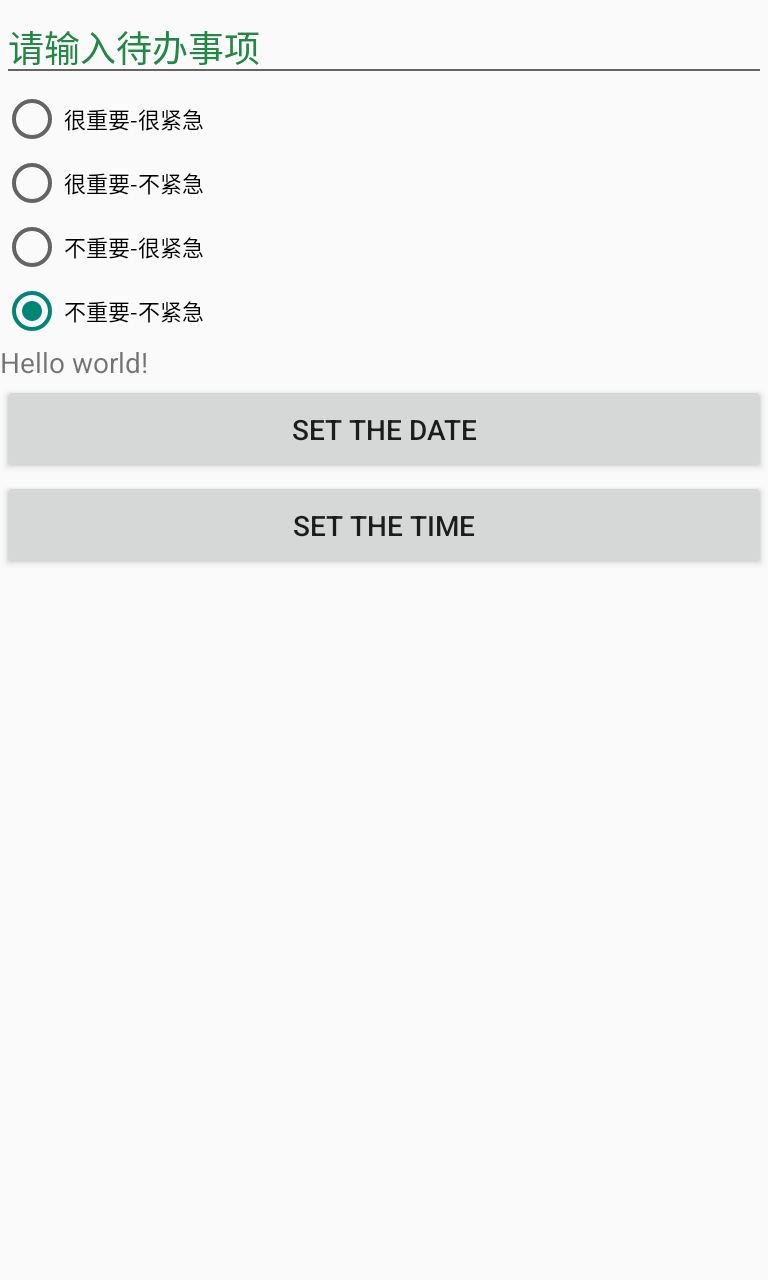
Repository: sh-zh-en/NBTodo
Layout: nbtodo/NBTodo/res/layout/addition_task_layout.xml
The author's editor kept a copy of each file at every save. The layout is drawn from the files as they stood at one save, then again after the next save.
It is drawn on a 768 x 1280 px phone screen (xhdpi) without system bars, with theme AppTheme; the app's code is not run.

Above is the layout before, as saved 2015-02-12 02:59:57.

After the next save:
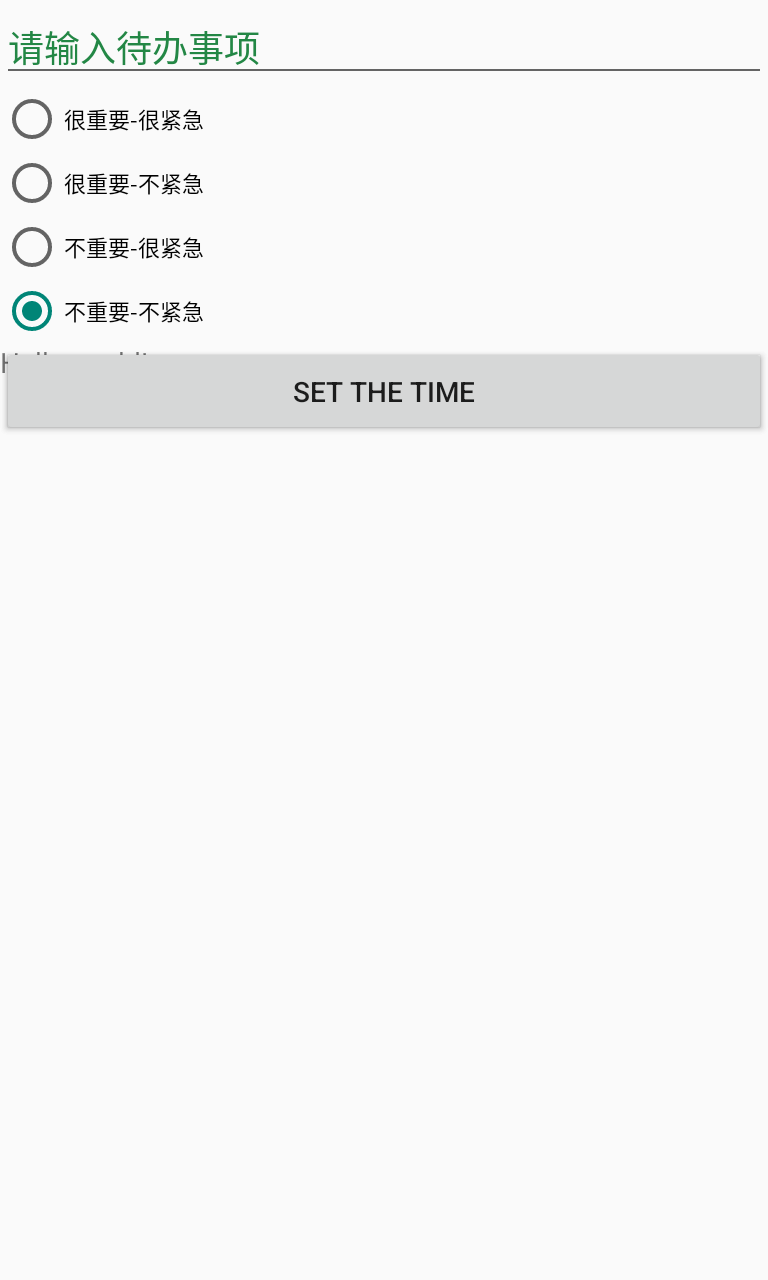
Saved 8 h 59 min later.
--- a/nbtodo/NBTodo/res/layout/addition_task_layout.xml
+++ b/nbtodo/NBTodo/res/layout/addition_task_layout.xml
@@ -63,27 +63,35 @@
             android:textSize="11.0sp" />
 
     </RadioGroup>
-    <TextView
-		android:id="@+id/dateAndTime"
-		android:layout_width="fill_parent"
-	   	android:layout_height="wrap_content"
-	    android:text="@string/hello_world"
-	     />
 
-	<Button
-	    android:id="@+id/setDate"
-	    android:layout_width="fill_parent"
-	    android:layout_height="wrap_content"
-	    android:text="Set the Date" >
+    <FrameLayout
+	    android:layout_width="match_parent"
+	    android:layout_height="match_parent"
+	    android:layout_gravity="bottom"
+	    android:layout_werght="1"
+	    android:orientation="vertical" >
 
-	</Button>
-	<Button
-	    android:id="@+id/setTime"
-	    android:layout_width="fill_parent"
-	    android:layout_height="wrap_content"
-	    android:text="Set the Time">
-	</Button>
+	        <TextView
+			android:id="@+id/dateAndTime"
+			android:layout_width="fill_parent"
+		   	android:layout_height="wrap_content"
+		    android:text="@string/hello_world"
+		     />
 
+		<Button
+		    android:id="@+id/setDate"
+		    android:layout_width="fill_parent"
+		    android:layout_height="wrap_content"
+		    android:text="Set the Date" >
 
+		</Button>
+
+		<Button
+		    android:id="@+id/setTime"
+		    android:layout_width="fill_parent"
+		    android:layout_height="wrap_content"
+		    android:text="Set the Time" />
+
+	    </FrameLayout>
 
 </LinearLayout>
